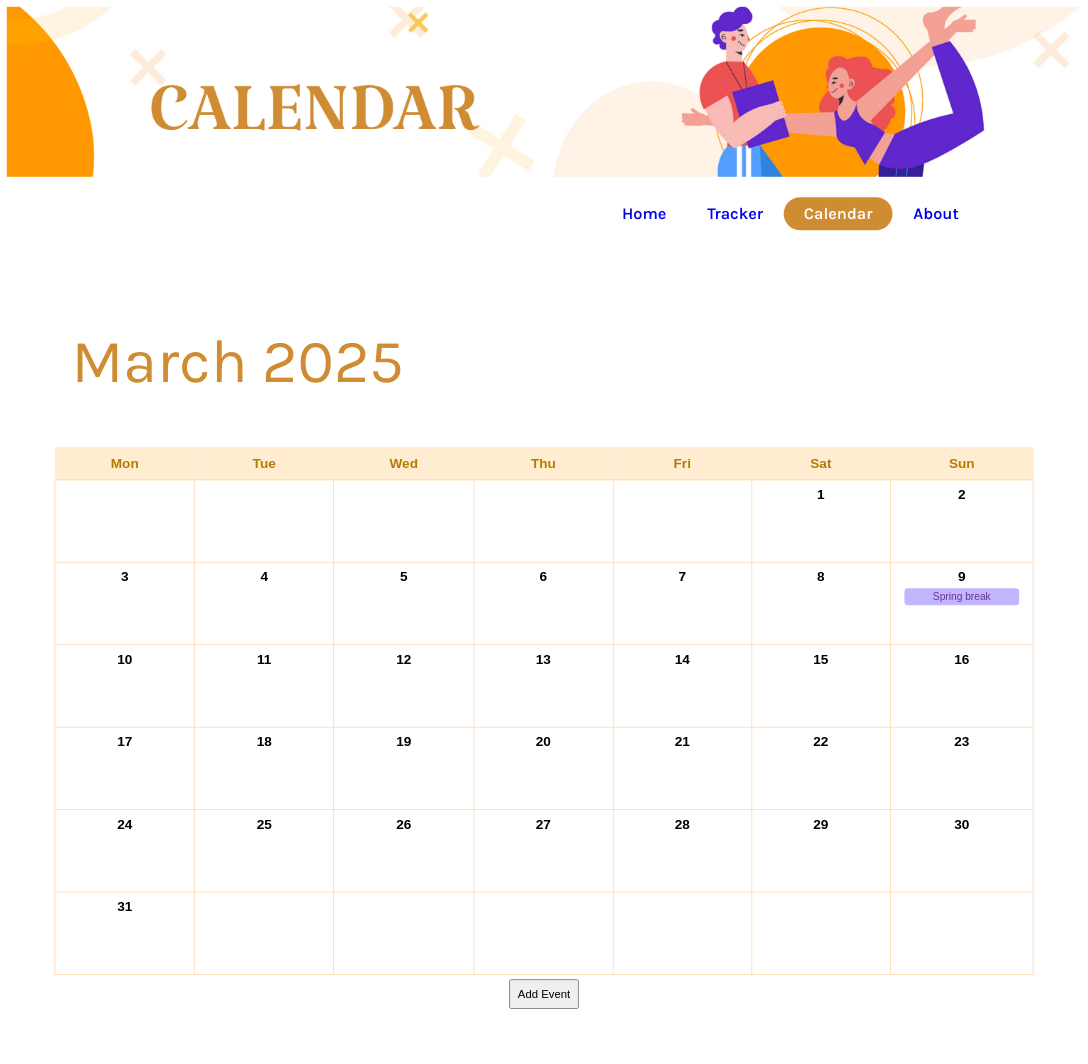
Repository: SandyLy453/habit-tracker
Page: http://localhost/calendar
These files come from the project's save history. The page is drawn as it stood at one moment and after the next save; the edit follows.
The browser window is 1280 px wide. The pictures show the whole page, at 85% of full size.
Some web fonts or font styles are not loaded; a fallback is used. The page is served by the project's Node server (server.js).

Above is the page before, as saved 2025-03-16 17:33:35.

### views/pages/calendar.ejs
<!DOCTYPE html>
<html lang="en">
<head>
  <meta charset="UTF-8">
  <meta name="viewport" content="width=device-width, initial-scale=1.0">
  <link rel="stylesheet" href="/styles.css">
  <link rel="preconnect" href="https://fonts.googleapis.com">
  <link rel="preconnect" href="https://fonts.gstatic.com" crossorigin>
  <link href="https://fonts.googleapis.com/css2?family=Katibeh&display=swap" rel="stylesheet">
</head>
<body>
  <%- include('../partials/header', { activePage: 'calendar' }) %>

  <div class="calendar-container">
    <div class="calendar-nav">
      <h2 id="month-year">
        <%= new Date(currentYear, currentMonth).toLocaleString('default', { month: 'long', year: 'numeric' }) %>
      </h2>
    </div>

    <table class="calendar-table">
      <thead>
        <tr>
          <th>Mon</th>
          <th>Tue</th>
          <th>Wed</th>
          <th>Thu</th>
          <th>Fri</th>
          <th>Sat</th>
          <th>Sun</th>
        </tr>
      </thead>
      <tbody>
        <%
          const firstDay = new Date(currentYear, currentMonth, 1);
          const firstDayIndex = (firstDay.getDay() + 6) % 7; // Adjust so week starts on Monday
          const daysInMonth = new Date(currentYear, currentMonth + 1, 0).getDate();
          let dateCount = 1;

          for (let i = 0; i < 6; i++) { %>
          <tr>
            <% for (let j = 0; j < 7; j++) { %>
              <% if ((i === 0 && j < firstDayIndex) || dateCount > daysInMonth) { %>
                <td></td>
              <% } else { %>
                <!-- Add data-date attribute so we know which day this cell represents -->
                <td class="calendar-day" data-date="<%= dateCount %>">
                  <span class="date-number"><%= dateCount %></span>
                  <% if (currentMonth === 2 && dateCount === 9) { %>
                    <div class="event">Spring break</div>
                  <% } %>
                </td>
                <% dateCount++; %>
              <% } %>
            <% } %>
          </tr>
        <% } %>
      </tbody>
    </table>

    <!-- Add Event Button -->
    <div class="calendar-add">
      <button id="add-event-btn">Add Event</button>
    </div>
  </div>

  <!-- Client-side script for adding events -->
  <script>
    document.getElementById('add-event-btn').addEventListener('click', function() {
      // Prompt for the day number for the event
      let day = prompt("Enter the day number for the event:");
      if (!day) return;
      day = parseInt(day, 10);
      if (isNaN(day)) {
        alert("Invalid day number!");
        return;
      }

      // Prompt for the event description
      let eventText = prompt("Enter event description:");
      if (!eventText) return;

      // Find the calendar cell with the matching data-date attribute
      let cells = document.querySelectorAll('.calendar-day[data-date]');
      let cellFound = false;
      cells.forEach(cell => {
        if (parseInt(cell.getAttribute('data-date'), 10) === day) {
          cellFound = true;
          // Create a new event div
          const eventDiv = document.createElement('div');
          eventDiv.className = 'event';
          eventDiv.textContent = eventText;
          cell.appendChild(eventDiv);
        }
      });

      if (!cellFound) {
        alert("No cell found for day " + day);
      }
    });
  </script>
</body>
</html>

### views/partials/header.ejs
<!DOCTYPE html>
<html lang="en">
<head>
    <meta charset="UTF-8">
    <meta name="viewport" content="width=device-width, initial-scale=1.0">
    <title>
        <%= typeof title != 'undefined' ? title : 'Page Title' %>
    </title>
    <link rel="stylesheet" href="/styles.css">
    <link rel="preconnect" href="https://fonts.googleapis.com">
    <link rel="preconnect" href="https://fonts.gstatic.com" crossorigin>
    <link href="https://fonts.googleapis.com/css2?family=Karla:ital,wght@0,200..800;1,200..800&family=Roboto:ital,wght@0,100..900;1,100..900&display=swap" rel="stylesheet">
</head>
<body>
    <header>
        <div class="header_container">
            <img src="<%= activePage === 'home' ? '/images/home_banner.png' : activePage === 'tracker' ? '/images/tracker_banner.png' : activePage === 'calendar' ? '/images/calendar_banner.png' : '/images/about_banner.png' %>" alt="Banner Images"/>
            <ul class="header">
                <li><a href="/" class="header_items <%= activePage === 'home' ? 'highlight' : '' %>">Home</a></li>
                <li><a href="/tracker" class="header_items <%= activePage === 'tracker' ? 'highlight' : '' %>">Tracker</a></li>
                <li><a href="/calendar" class="header_items <%= activePage === 'calendar' ? 'highlight' : '' %>">Calendar</a></li>
                <li><a href="/about" class="header_items <%= activePage === 'about' ? 'highlight' : '' %>">About</a></li>
              </ul>
        </div>
    </header>
</body>
</html>

### server.js
import pg from 'pg';
import express from 'express';
import bodyParser from 'body-parser';
import dotenv from 'dotenv';
import path from 'path';
import { fileURLToPath } from 'url';

const __filename = fileURLToPath(import.meta.url);
const __dirname = path.dirname(__filename);

dotenv.config();

// Database setup
const db = new pg.Client({
  user: process.env.DB_USER,
  host: process.env.DB_HOST,
  database: process.env.DB_DATABASE,
  password: process.env.DB_PASSWORD,
  port: process.env.DB_PORT,
});

db.connect()
  .then(() => {
    console.log('Connected to the database');
  })
  .catch(err => {
    console.error('Database connection error:', err.stack);
});

const app = express();
const port = 3000;

app.set('views', path.join(__dirname, 'views'));

// Middleware
app.use(bodyParser.urlencoded({ extended: true }));
app.use(express.static('public'));  // Serve static files from the public folder
app.set('view engine', 'ejs');

// Routes
app.get('/', (req, res) => {
  res.render('pages/home', {
    title: "Personal Habit Tracker",
    activePage: 'home',
    paragraph: "Track your progress today for better habits."
  });
});

app.get('/tracker', (req, res) => {
  res.render('pages/tracker', {
    title: "My Habits Tracker",
    activePage: 'tracker',
    paragraph: " "
  });
});

app.get('/calendar', (req, res) => {
  const currentDate = new Date();
  res.render('pages/calendar', {
    title: "Calendar",
    activePage: 'calendar',
    currentMonth: currentDate.getMonth(),
    currentYear: currentDate.getFullYear(),
  });
});

app.get('/about', (req, res) => {
  res.render('pages/about', {
    title: "About",
    activePage: 'about',
  });
});

app.listen(port, () => {
  console.log(`App listening at port ${port}`);
});

### public/styles.css
:root {
    --header-font: "Karla", sans-serif;
    --heading-font: "Lora", serif;

    --font-styles-bold: 600;
    --font-styles-regular: 400;
    --header-large: 1.2rem;
    --page-heading: 2.5rem;
    --page-details: 1.1rem;

    --card-status-inProgress: #CF8C33;
    --card-paragraph: #4A4A4A;
    --card-status-done: #03a903;

    --schedules-reading: #FFCF90;
    --schedules-running: #B2ABEA;
    --schedules-drawing: #E0F1FF;
    --schedules-meditation: #FFDDE9;
    --event-backgroundColor: #FFF7EC;

    --numDays: 5;
    --numHours: 10;
    --timeHeight: 60px;
}

body {
    font-family: Arial, sans-serif;
    text-align: center;
}

input, button {
    margin: 5px;
    padding: 8px;
}

/* Header */
.header_container img {
    margin: 0;
    padding: 0;
    display: block;
    width: 100%;
    height: 100%;
    object-fit: cover;
}

.header {
    display: flex;
    flex-direction: row;
    justify-content:flex-end;
    list-style: none;
    margin: 2rem 120px;
    font-family: var(--header-font);
    font-weight: var(--font-styles-bold);
    font-size: var(--header-large);
}

.header_items {
    text-decoration: none;
    padding: .5rem 1.5rem;
    border-radius: 20px;
}

.header_items.highlight {
    color: white;
    background-color: var(--card-status-inProgress);
}

/* Home Page */
.heading_section {
    text-align: left;
    margin: 6rem 120px 4rem 120px;
}

.heading_section h1 {
    font-family: var(--heading-font);
    font-weight: var(--font-styles-regular);
    font-size: var(--page-heading);
    margin-bottom: 0;
}

.heading_section p {
    font-size: var(--page-details);
    margin-top: .5rem;
    font-style: italic;
}

.main_content {
    display: flex;
    flex-direction: row;
    margin: 0 120px 7rem 120px;
    gap: 2rem;
    text-align: left;
    align-items: flex-start;
}

/* Home Page Cards */

.cards_section {
    width: 50%;
    display: flex;
    flex-direction: column;
    justify-content: flex-start;
    padding: 0;
}

.cards_section h2,
.schedules_section h2 {
    font-family: var(--heading-font);
}

.cards {
    display: flex;
    flex-direction: row;
    flex-wrap: wrap;
    gap: 20px;
}

.card {
    position: relative;
    background-color: white;
    border-radius: 8px;
    border: 2px solid #D8D8D8;
    padding: 15px;
    width: 240px;
    height: 180px;
    text-align: left;
    overflow: hidden;
}

.card img {
    width: 100%;
    height: 100px;
    object-fit: cover;
    position: absolute;
    overflow: hidden;
    top: 0;
    left: 0;
    right: 0;
}

.habit {
    position: relative;
    display: flex;
    flex-direction: row;
    margin-bottom: 15px;
    justify-content: space-between;
    top: 6.5rem;
}

.habit h3 {
    margin: 0;
    font-size: 16px;
}

.habit p {
    margin: 5px 0;
    font-size: 14px;
    color: var(--card-paragraph);
}

.status {
    font-weight: bold;
}

.status.in-progress {
    color: var(--card-status-inProgress);
}

.status.done {
    color: var(--card-status-done);
}

/* Calendar */

.schedules_section {
    width: 50%;
    display: flex;
    flex-direction: column;
}

.calendar {
    display: grid;
    gap: 10px;
    grid-template-columns: auto 1fr;
}

.timeline {
    display: grid;
    grid-template-rows: repeat(var(--numHours), var(--timeHeight));
}

.days {
    display: grid;
    grid-column: 2;
    gap: 5px;
    grid-template-columns: repeat(auto-fit, minmax(100px, 1fr));
}

.events {
    display: grid;
    grid-template-rows: repeat(var(--numHours), var(--timeHeight));
    border-radius: 5px;
    background: var(--event-backgroundColor);
}

.start-10 {
    grid-row-start: 2;
}

.start-12 {
    grid-row-start: 3;
}

.start-1 {
    grid-row-start: 5;
}

.start-2 {
    grid-row-start: 6;
}

.end-12 {
    grid-row-end: 4;
}

.end-1 {
    grid-row-end: 5;
}

.end-3 {
    grid-row-end: 7;
}

.end-4 {
    grid-row-end: 8;
}

.end-5 {
    grid-row-end: 9;
}

.title {
    font-weight: 600;
    margin-bottom: 0.1rem;
}

.event {
    border: 1px solid var(--eventBorderColor);
    border-radius: 5px;
    padding: 0.5rem;
    margin: 0 0.5rem;
    background: white;
}

.events p {
    font-size: 14px;
}

.space,
.date {
    height: 60px
}

body {
    font-family: system-ui, sans-serif;
}

.running {
    background: var(--schedules-running);
}

.drawing {
    background: var(--schedules-drawing);
}

.meditation {
    background: var(--schedules-meditation);
}

.reading {
    background: var(--schedules-reading);
}

.date {
    display: flex;
    gap: 1em;
}

.date-day {
    display: inline;
    font-size: var(--page-details);
}

.calendar-container {
    font-family: Arial, sans-serif;
    margin: 40px auto;
    max-width: 90vw;
    padding: 20px;
}

.calendar-header {
    background-color: #ffe5b4;
    padding: 20px;
    border-radius: 12px 12px 0 0;
    text-align: center;
    color: #c17a00;
}

.calendar-nav {
    text-align: center;
    margin: 20px;
}

.calendar-table {
    width: 100%;
    border-collapse: collapse;
    border-radius: 30px;
}

.calendar-table th {
    background-color: #ffecd1;
    color: #b87b00;
    padding: 10px;
}

.calendar-table td {
    border: 1px solid #ffdab3;
    width: calc(90vw/7);
    height: 80px;
    vertical-align: top;
    padding: 8px;
}

.date-number {
    font-weight: bold;
    text-align: right;
    width: 100%;
}

.event {
    background-color: #c4b5ff;
    color: #663399;
    font-size: 0.75rem;
    padding: 3px 6px;
    border-radius: 4px;
    margin-top: 4px;
}

#month-year {
    color: #CF8C33;
    font-family: var(--header-font);
    font-size: 72px;
    font-weight: 400;
    text-align: left;
}

After the next save:
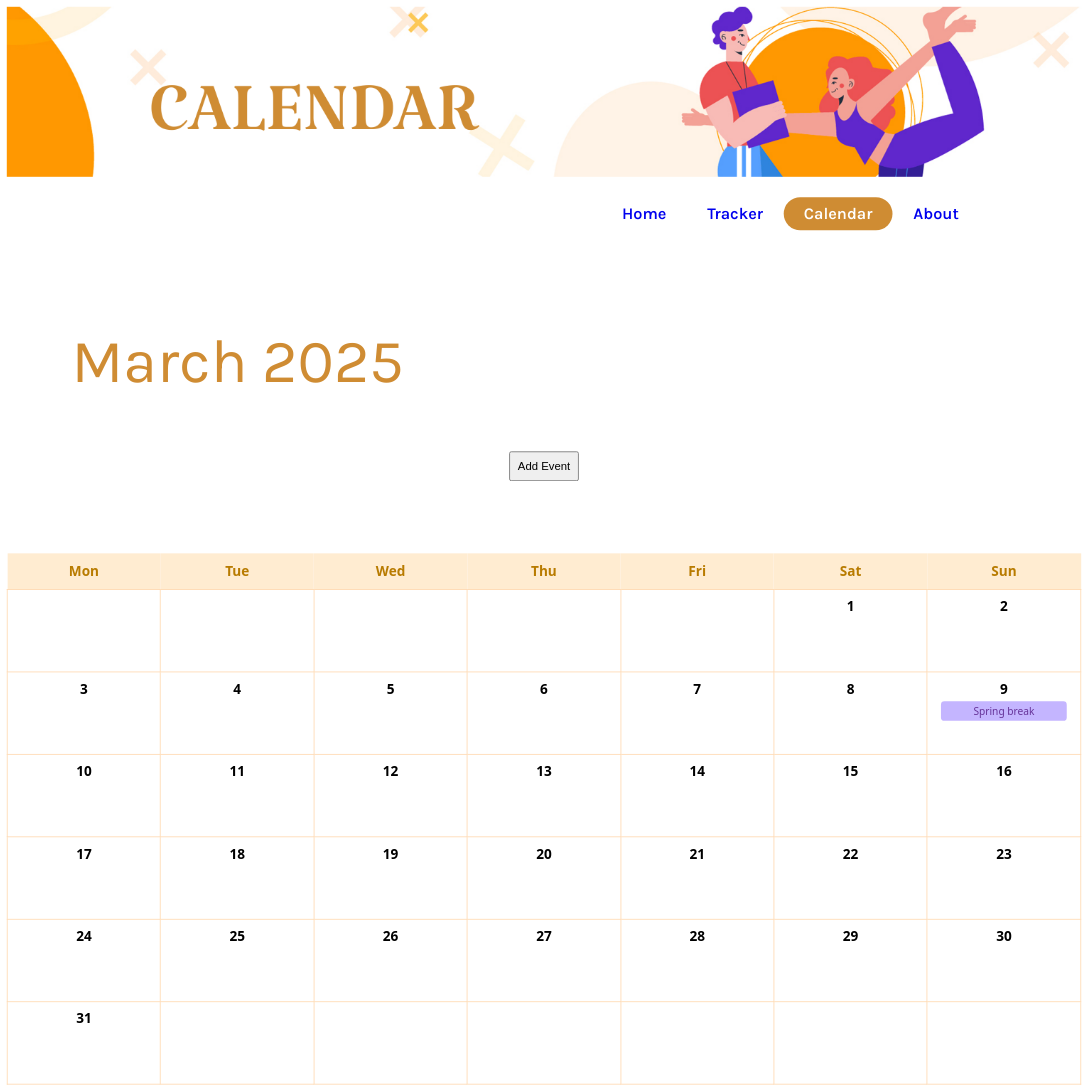
Saved 93 s later.
--- a/views/pages/calendar.ejs
+++ b/views/pages/calendar.ejs
@@ -16,6 +16,10 @@
       <h2 id="month-year">
         <%= new Date(currentYear, currentMonth).toLocaleString('default', { month: 'long', year: 'numeric' }) %>
       </h2>
+      <div class="calendar-add">
+        <button id="add-event-btn">Add Event</button>
+      </div>
+    </div>
     </div>
 
     <table class="calendar-table">
@@ -58,12 +62,6 @@
       </tbody>
     </table>
 
-    <!-- Add Event Button -->
-    <div class="calendar-add">
-      <button id="add-event-btn">Add Event</button>
-    </div>
-  </div>
-
   <!-- Client-side script for adding events -->
   <script>
     document.getElementById('add-event-btn').addEventListener('click', function() {
